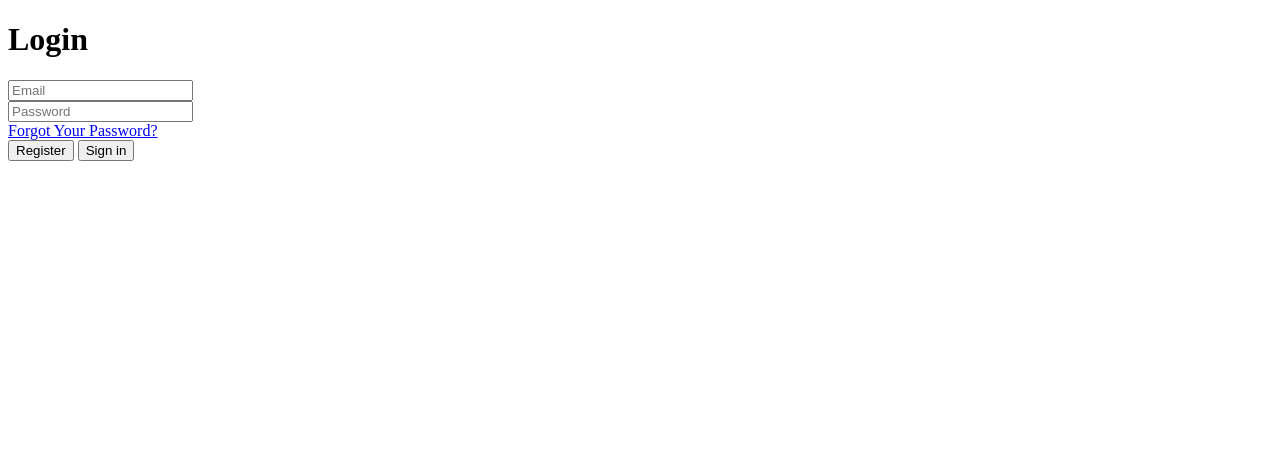
Repository: Shreya200012/FoodBox
Page: foodWeb/src/main/webapp/index.html
The author's editor kept a copy of each file at every save. The page is drawn from the files as they stood at one save, then again after the next save.
The browser window is 1280 px wide. The pictures show the whole page.

Above is the page before, as saved 2022-06-11 05:10:46.

After the next save:
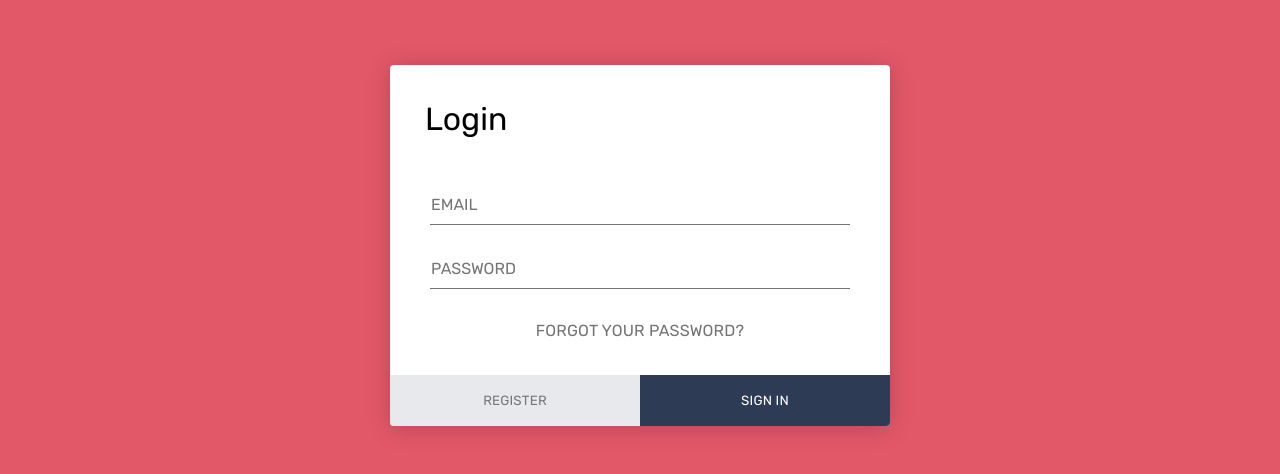
Console error: TypeError: document.querySelecter is not a function
Saved 38 s later.
--- a/foodWeb/src/main/webapp/index.html
+++ b/foodWeb/src/main/webapp/index.html
@@ -4,7 +4,7 @@
   <meta charset="UTF-8">
   <title>Simple Login Form Example</title>
   <link rel='stylesheet' href='https://fonts.googleapis.com/css?family=Rubik:400,700'>
-  <!--  <link rel="stylesheet" href="./style.css"> -->
+  <link rel="stylesheet" href="css/style1.css">
 
 </head>
 <body>
@@ -28,7 +28,7 @@
   </form>
 </div>
 <!-- partial -->
-<!--   <script  src="./script.js"></script>-->
+<script  src="js/script1.js"></script>
 
 </body>
 </html>
